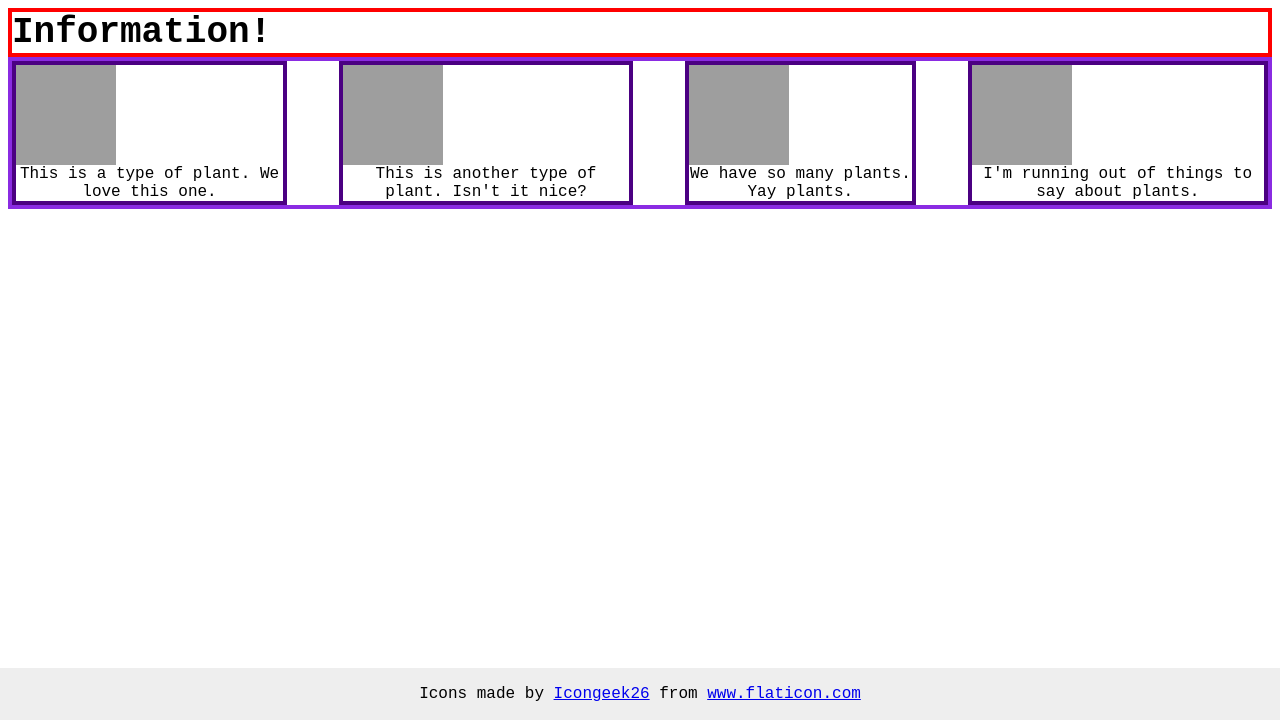
Repository: bbrockbrown/css-exercises
Page: flex/04-flex-information/index.html
The author's editor kept a copy of each file at every save. The page is drawn from the files as they stood at one save, then again after the next save.
The browser window is 1280 px wide. The pictures show the whole page.
Pictures or frames that could not be fetched are drawn as grey boxes.

Above is the page before, as saved 2024-07-21 17:36:37.

### flex/04-flex-information/index.html
<!DOCTYPE html>
<html lang="en">
  <head>
    <meta charset="UTF-8">
    <meta http-equiv="X-UA-Compatible" content="IE=edge">
    <meta name="viewport" content="width=device-width, initial-scale=1.0">
    <title>Information</title>
    <link rel="stylesheet" href="style.css">
  </head>
  <body>
    <div class="header">
      <div class="title">Information!</div>
    </div>

    <div class="image-containers">

      <div class="img-1">
        <img src="./images/barberry.png" alt="barberry">
        <div class="text">This is a type of plant. We love this one.</div>
      </div>

      <div class="img-2">
        <img src="./images/chilli.png" alt="chili">
        <div class="text">This is another type of plant. Isn't it nice?</div>
      </div>

      <div class="img-3">
        <img src="./images/pepper.png" alt="pepper">
        <div class="text">We have so many plants. Yay plants.</div>
      </div>

      <div class="img-4">
        <img src="./images/saffron.png" alt="saffron">
        <div class="text">I'm running out of things to say about plants.</div>
      </div>

    </div>


    <!-- disregard this section, it's here to give attribution to the creator of these icons -->
    <div class="footer">
      <div>Icons made by <a href="https://www.flaticon.com/authors/icongeek26" title="Icongeek26">Icongeek26</a> from <a href="https://www.flaticon.com/" title="Flaticon">www.flaticon.com</a></div>
    </div>
  </body>
</html>

### flex/04-flex-information/style.css
body {
  font-family: 'Courier New', Courier, monospace;
}

img {
  width: 100px;
  height: 100px;
}

.header {
  display: flex;
  justify-content: center;
  align-items: center;
  border: 4px solid red;
}

.image-containers {
  display: flex;
  justify-content: center;
  gap: 52px;
  border: 4px solid blueviolet;
}

.img-1, .img-2, .img-3, .img-4 {
  display: flex;
  flex-direction: column;
  align-content: center;
  text-align: center;
  border: 4px solid indigo;
  margin: auto;
}


.title {
  font-size: 36px;
  font-weight: 900;
  flex: 1 1 auto;
}

/* do not edit this footer */
.footer {
  position: fixed;
  bottom: 0;
  left: 0;
  right: 0;
  height: 52px;
  display: flex;
  align-items: center;
  justify-content: center;
  background: #eee;
}

After the next save:
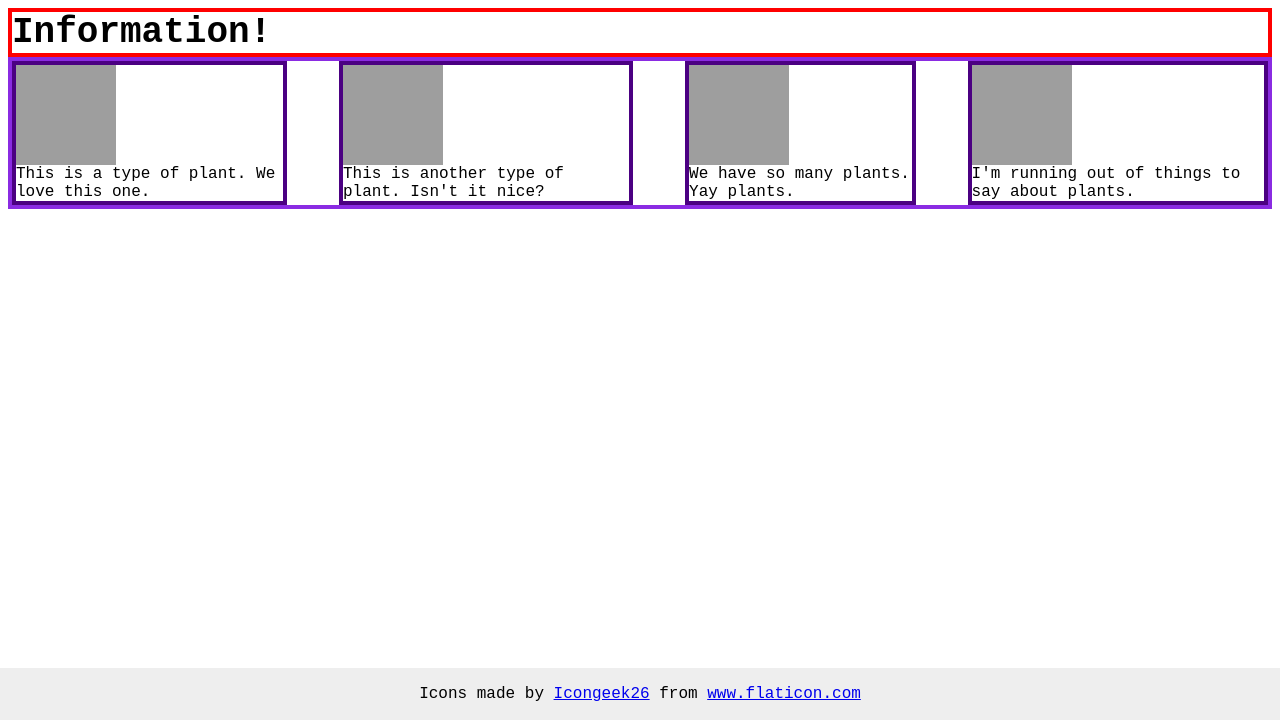
Saved 21 s later.
--- a/flex/04-flex-information/style.css
+++ b/flex/04-flex-information/style.css
@@ -25,6 +25,7 @@ img {
   display: flex;
   flex-direction: column;
   align-content: center;
+  align-items: center
   text-align: center;
   border: 4px solid indigo;
   margin: auto;
